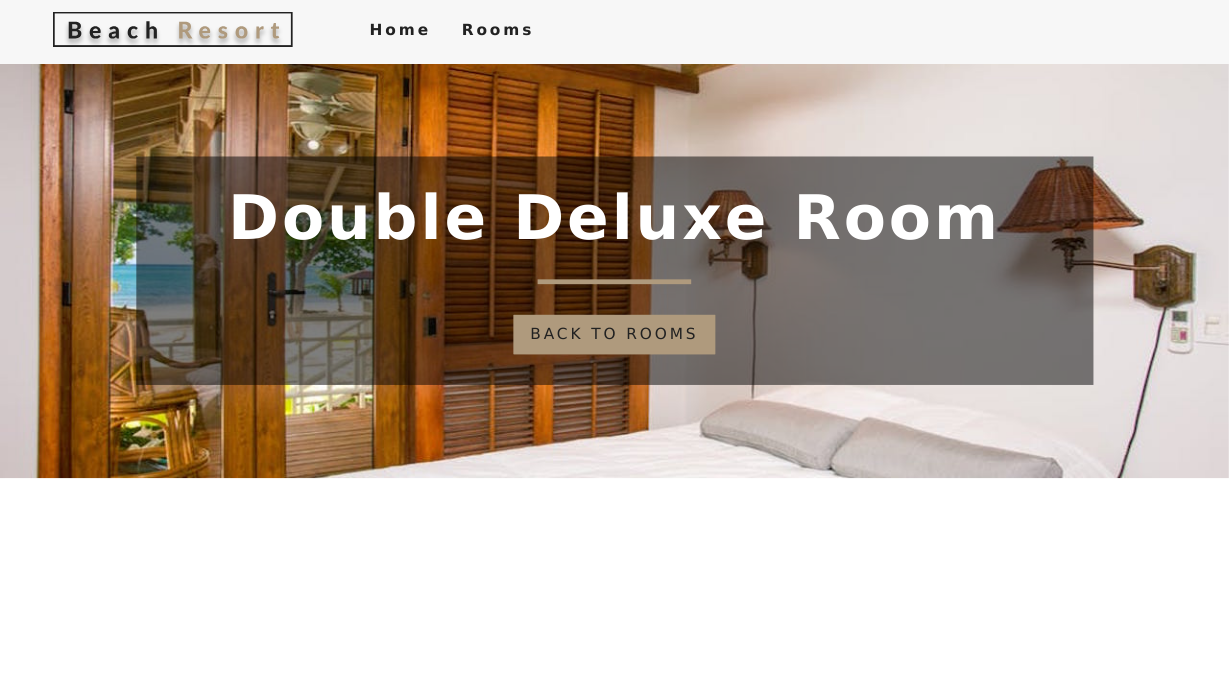
Repository: thanhn379/react-beach-resort
Page: /rooms/double-deluxe
The author's editor kept a copy of each file at every save. The page is drawn from the files as they stood at one save, then again after the next save.
The browser window is 1280 px wide. The pictures show the whole page, at 96% of full size.
The project was rebuilt for these pictures with package versions that can differ from the ones it lists, and the page was loaded fresh each time. Also part of the build but not shown: src/components/Hero.js, src/components/Title.js, src/components/Services.js, src/components/Loading.js, src/components/Room.js, src/components/FeaturedRooms.js, src/pages/Home.js, src/pages/Rooms.js and 1 more.

Above is the page before, as saved 2019-11-16 03:38:22.

After the next save:
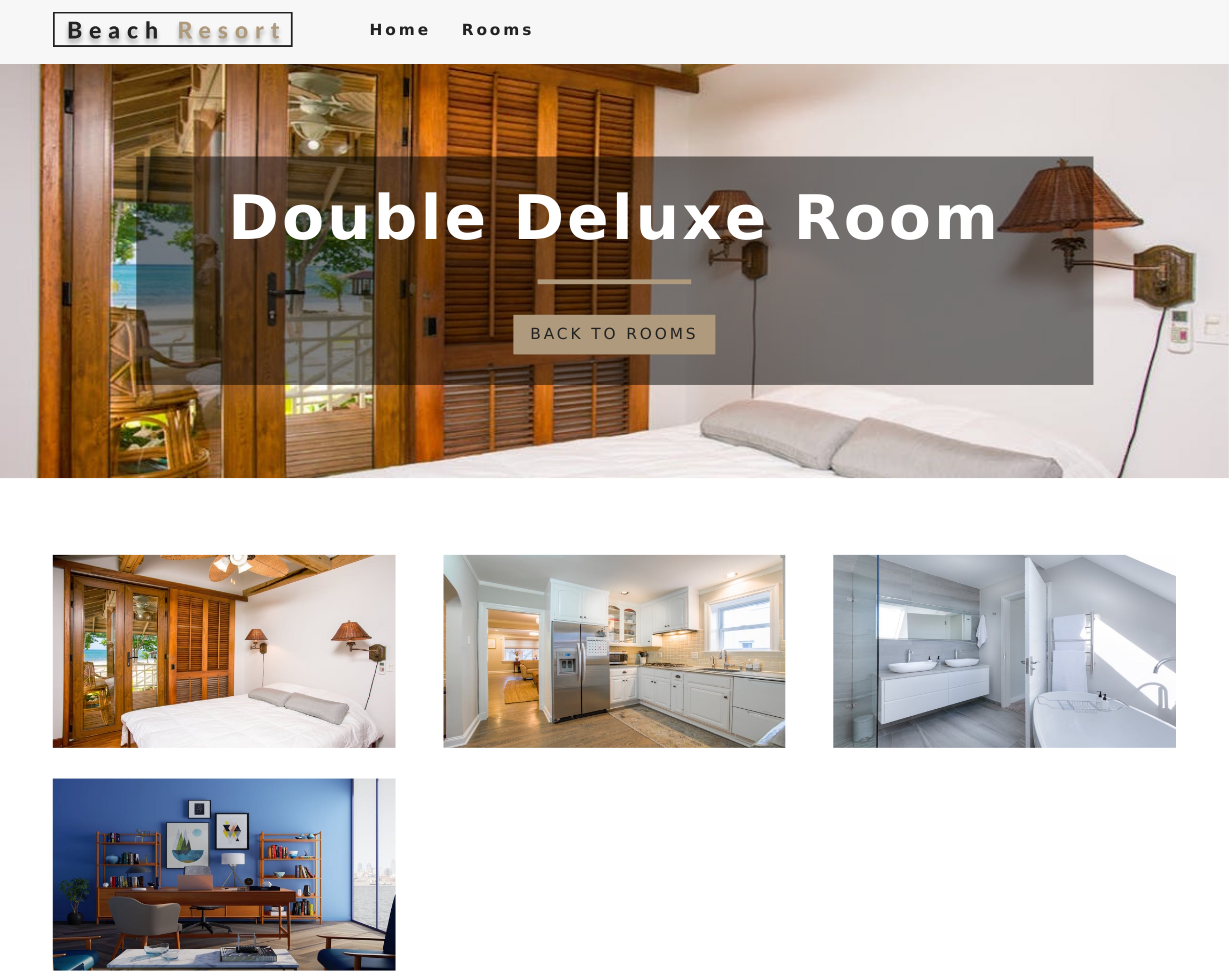
Saved 18 min 33 s later.
--- a/src/pages/SingleRoom.js
+++ b/src/pages/SingleRoom.js
@@ -44,13 +44,23 @@ export default class SingleRoom extends Component {
     } = room;
 
     return (
-      <StyledHero img={images[0] || this.state.defaultBcg}>
-        <Banner title={`${name} room`}>
-          <Link to="/rooms" className="btn-primary">
-            back to rooms
-          </Link>
-        </Banner>
-      </StyledHero>
+      <>
+        <StyledHero img={images[0] || this.state.defaultBcg}>
+          <Banner title={`${name} room`}>
+            <Link to="/rooms" className="btn-primary">
+              back to rooms
+            </Link>
+          </Banner>
+        </StyledHero>
+
+        <section className="single-room">
+          <div className="single-room-images">
+            {images.map((item, index) => {
+              return <img key={index} src={item} alt={name} />;
+            })}
+          </div>
+        </section>
+      </>
     );
   }
 }
